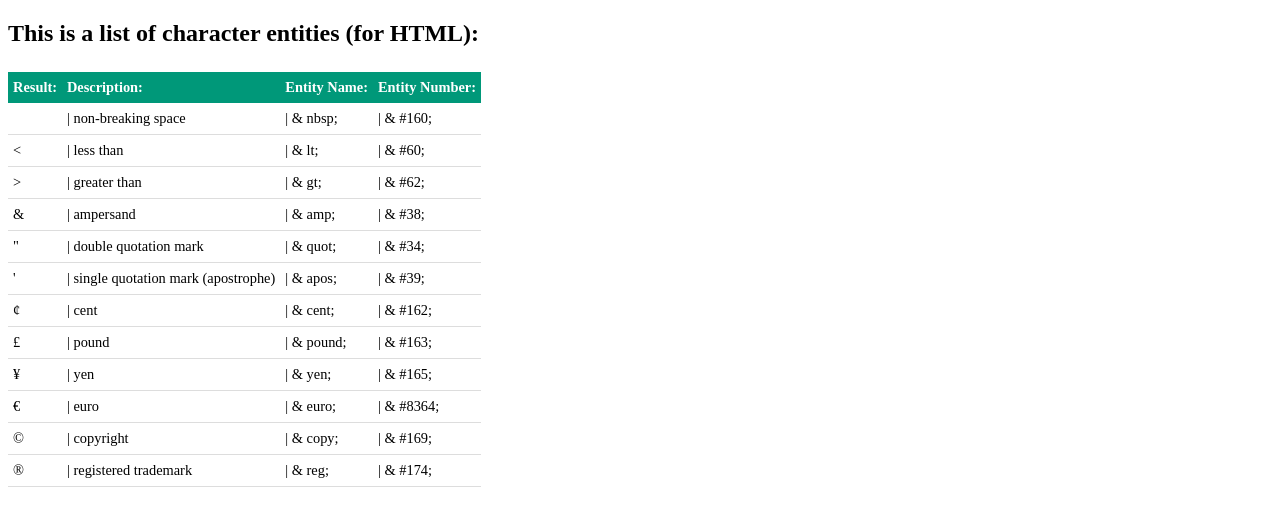
Repository: linas-dev/HTML-CSS-Projects
Page: Basic_HTML_and_CSS/Basic_HTML_5.html
These files come from the project's save history. The page is drawn as it stood at one moment and after the next save; the edit follows.
The browser window is 1280 px wide. The pictures show the whole page.

Above is the page before, as saved 2021-05-30 11:12:51.

After the next save:
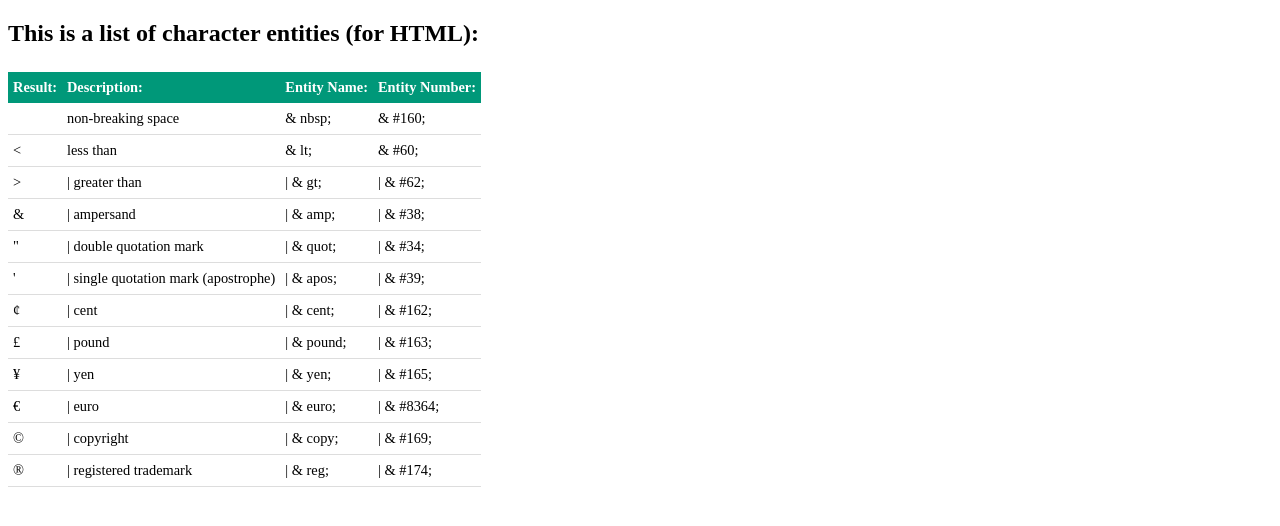
Saved 38 s later.
--- a/Basic_HTML_and_CSS/Basic_HTML_5.html
+++ b/Basic_HTML_and_CSS/Basic_HTML_5.html
@@ -21,15 +21,15 @@
         <tbody>
             <tr>
                 <td></td>
-                <td>| non-breaking space</td>
-                <td>| & nbsp;</td>
-                <td>| & #160;</td>
+                <td>non-breaking space</td>
+                <td>& nbsp;</td>
+                <td>& #160;</td>
             </tr>
             <tr>
                 <td><</td>
-                <td>| less than</td>
-                <td>| & lt;</td>
-                <td>| & #60;</td>
+                <td>less than</td>
+                <td>& lt;</td>
+                <td>& #60;</td>
             </tr>
             <tr>
                 <td>></td>
